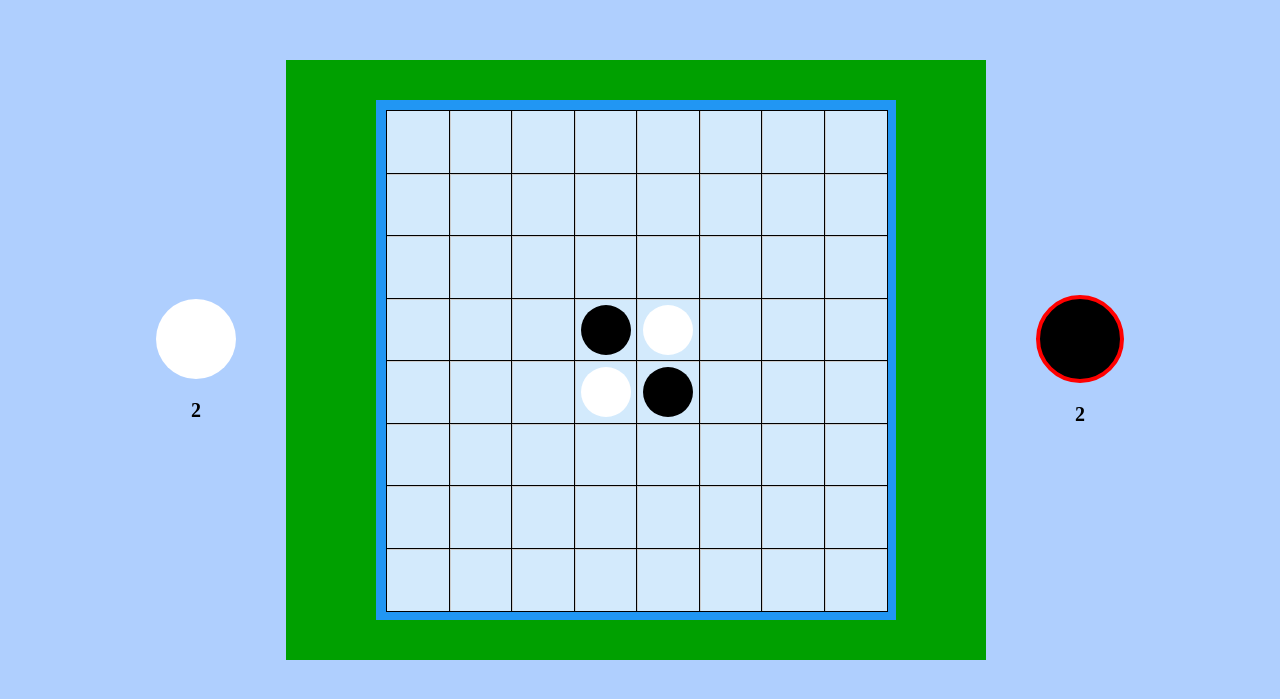
Repository: eliaoucohen72/react-reversi
Page: /
An editor plug-in stored every save of this project. The page is shown before and after a run of saves, followed by the edit.
The browser window is 1280 px wide. The pictures show the whole page.
The project was rebuilt for these pictures with package versions that can differ from the ones it lists, and the page was loaded fresh each time. Also part of the build but not shown: vite.config.ts.

Above is the page before, as saved 2024-09-05 17:02:58.

After the next 4 saves:
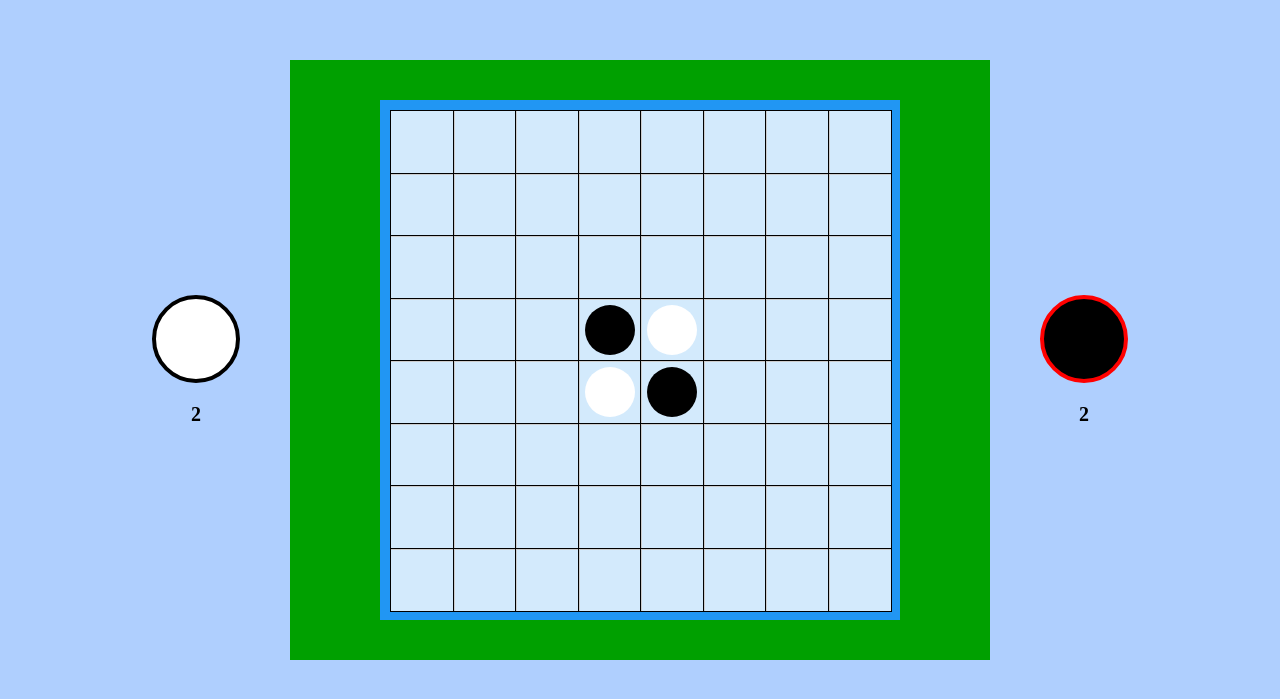
The 4 saves are shown as one change because 1 did not build or start and some came seconds apart.
The last was saved 48 s later.
--- a/src/style.ts
+++ b/src/style.ts
@@ -39,7 +39,7 @@ const styles = {
     height: "80px",
     borderRadius: "44px",
     backgroundColor: player === "white" ? COLORS.WHITE : COLORS.BLACK,
-    border: isCurrentPlayer ? `4px solid ${COLORS.RED}` : "none",
+    border: isCurrentPlayer ? `4px solid ${COLORS.RED}` : '4px solid ',
   }),
   score: {
     fontSize: "20px",
